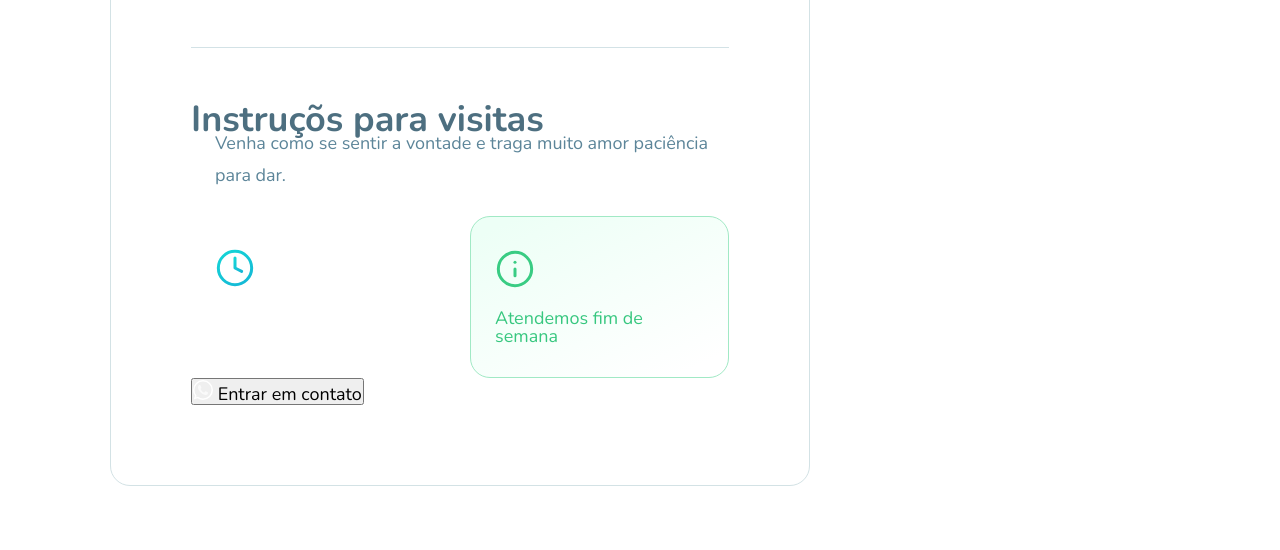
Repository: SrtaPoe/nlw
Page: orphanage.html
An editor plug-in stored every save of this project. The page is shown before and after the next save, followed by the edit.
The browser window is 1280 px wide. The pictures show the part of the page from y = 1116 to 1767 px (the page is 1666 px tall before and 1767 px after).
Some web libraries are served in a nearby version.

Above is the page before, as saved 2020-10-17 19:22:10.

### orphanage.html
<!DOCTYPE html>
<html lang="pt_BR">

<head>
  <meta charset="UTF-8" />
  <meta name="viewport" content="width=device-width, initial-scale=1.0" />
  <meta http-equiv="X-UA-Compatible" content="ie=edge" />
  <title>Localize um orfanato | Happy</title>
  <link rel="stylesheet" href="https://unpkg.com/leaflet@1.7.1/dist/leaflet.css"
    integrity="sha512-xodZBNTC5n17Xt2atTPuE1HxjVMSvLVW9ocqUKLsCC5CXdbqCmblAshOMAS6/keqq/sMZMZ19scR4PsZChSR7A=="
    crossorigin="" />
  <!-- Make sure you put this AFTER Leaflet's CSS -->
  <script src="https://unpkg.com/leaflet@1.7.1/dist/leaflet.js"
    integrity="sha512-XQoYMqMTK8LvdxXYG3nZ448hOEQiglfqkJs1NOQV44cWnUrBc8PkAOcXy20w0vlaXaVUearIOBhiXZ5V3ynxwA=="
    crossorigin=""></script>
  <link rel="icon" href="./public/images/logo-icon.png" />
  <link rel="stylesheet" href="/public/css/main.css" />
  <link rel="stylesheet" href="/public/css/page-orphanage.css">
  <link rel="stylesheet" href="/public/css/animation.css">
  <link href="https://fonts.googleapis.com/css2?family=Nunito:wght@400;600;700;800&display=swap" rel="stylesheet">
</head>

<body>
  <div id="page-orphanage">
    <aside class="animate-right sidebar">

      <img src="./public/images/map-marker.svg" alt="Happy">
      <footer>
        <button onclick="history.back()">
          <img src="./public/images/arrow-back.svg" alt="voltar">
        </button>
      </footer>


      </aside>
      <main class="animate-appear with-sidebar">
        <div class="orphanage-details">
          <img src="./public/images/home.jpg" alt="Lar das Meninas">

          <div class="images">
            <button class="active" type="button">
              <img src="./public/images/home.jpg" alt="Lar das Meninas">
            </button>


            <button type="button">
              <img src="./public/images/home.jpg" alt="Lar das Meninas">
            </button>

            <button type="button">
              <img src="./public/images/home.jpg" alt="Lar das Meninas">
            </button>


            <button type="button">
              <img src="./public/images/home.jpg" alt="Lar das Meninas">
            </button>

            <button type="button">
              <img src="./public/images/home.jpg" alt="Lar das Meninas">
            </button>

            <button type="button">
              <img src="./public/images/home.jpg" alt="Lar das Meninas">
            </button>


          </div>

          <div class="orphanage-details-content">
            <h1>Lar das meninas</h1>

            <p>
              Presta assistência a crianças de 06 a 15 anos que se encontre em situação de risco e/ou vulnerailidade
              social.
            </p>

            <div class="map-container">
              <div id="mapid"></div>
              <footer>
                <a href="">Ver rotas no Google Maps</a>
              </footer>
            </div>


            <hr>

            <h2>Instruçõs para visitas</h2>

            <p>Venha como se sentir a vontade e traga muito amor  paciência para dar.</p>

            <div class="open-details">
              <div class="hour">
                <img src="./public/images/clock.svg" alt="horários">
                Horário de visita das 18h até 8h
              </div>
              <div class="open-on-weekends">
                <img src="./public/images/info.svg" alt="informação">
                Atendemos fim de semana
              </div>

          </div>

          <button class="primary-button type="button>
            <img src="./public/images/whatsapp.svg" alt="chamar no whatsapp">
            Entrar em contato
          </button>



          </div>



        </div>
      </main>




  </div>
  <script src="./public/scripts/page-orphanage.js"></script>
</body>

</html>

### public/css/main.css
*{
    margin: 0;
    padding:0;
    box-sizing: border-box;
}

body {
    height:100vh;
    color: white;
    background: : #ebf2f5;
}

:root{
    font-size: 62.5%;
}

body, input, button, textarea {
    font-weight: 400;
    line-height: 1;
    font-size: 1.8rem;
    font-family: 'Nunito', sans-serif;
}

### public/css/page-orphanage.css
#page-orphanage {
    display: flex;
    min-height: 100vh;
}

aside.sidebar {
    position: fixed;
    height: 100%;
    padding: 3.2rem 2.4rem;
    background: #15C3D6;
    display: flex;
    flex-direction: column;
    justify-content:space-between;
    align-items: center;
}

aside.sidebar footer button {
    width: 48px;
    height: 48px;
    border: none;
    background: #12afcb;
    border-radius: 1.6rem;
    cursor: pointer;
    display: flex;
    align-items: center;
    justify-content:center;
    transition: background-color 0.2s;
}

aside.sidebar footer button:hover {
    background: #17d6eb;
}

.with-sidebar {
    padding-left: 110px;
}

.orphanage-details {
    width: 70rem;
    margin: 6.4rem auto;
    background: white;
    border: 1px solid #d3e2e5;
    border-radius: 2rem;
    overflow: hidden;
}

.orphanage-details > img {
    width: 100%;
    height: 30rem;
    object-fit: cover;
}

.images {
    display: grid;
    grid-template-columns: repeat(6, 1fr);
    column-gap: 1.6rem;
    margin: 16px 40px;
}

.images button {
    border: 0;
    background: none;
    height:8.8rem;
    cursor: pointer;
    border-radius: 2rem;
    overflow: hidden;
    opacity: 0.6;
    transition: opacity 0.2s;
}

.images button:hover,
.images button.active {
    opacity: 1;
}



.images button img {
    width: 100%;
    height:8.8rem;
    object-fit: cover;
}

.orphanage-details-content {
    padding:8rem;
}

.orphanage-details-content h1 {
    color: #4D6F80;
    font-size: 5.rem;
    line-height:1.5;
    margin-bottom: 0.8rem;
}

.orphanage-details-content p {
    line-height: 1.8;
    color: #5c8599;
    margin-left: 2.4rem;
}

.map-container {
    margin-top: 6.4rem;
    background: #e6f7fb;
    border: 1px solid #b3dae2;
    border-radius: 2rem;
}

#mapid {
    width: 100%;
    height: 28rem;
}

.map-container  footer {
    padding: 2rem 0;
    text-align: center;
}

.map-container footer a {
    color: #0089a5;
    text-decoration: none;
}

.map-container .leaflet-container {
    border-bottom: 1px solid #dde3f0;
    border-radius: 2rem;
}

.orphanage-details-content hr {
    width: 100%;
    height: 1px;
    border: 0;
    background: #d3e2e6;
    margin: 6.4rem 0;
}

.orphanage-details-content h2 {
    font-size: 3.6rem;
    line-height: 1.5rem;
    color: #4d6f80;
}

.open-details {
    margin-top: 2.4rem;
    display: grid;
    grid-template-columns: 1fr 1fr;
    column-gap: 2rem;
}

.open-details div {
    padding: 3.2rem 2.4rem;
}

.open-details img {
    display: block;
    margin-bottom: 2rem;
}

.open-details hour {
    background: linear-gradient(149.97deg, #E6F7FB 8.13%, #FFFFFF 92.67%)
    border: 1px solid #B3DAE2;
    border-radius: 20px;
    color: #5c8599;
}

.open-details .open-on-weekends {
    background: linear-gradient(154.16deg, #edfff6 7.85%, #FFFFFF 91.03%);
    border: 1px solid #a1e9c5;
    border-radius: 20px;
    color: #37c77f;
}

### public/css/animation.css
@keyframes up {
    from {
    opacity: 0;
    transform: translateY(16px);
    }
    to {
        opacity: 1;
        transform: translateY(0);
    }
}

@keyframes right {
    from {
        transform: translateX(-100%);
    }
    to {
        transform: translateX(0)
    }
}
@keyframes appear {
    from {
        opacity: 0;
    }
    to {
        opacity:1;
    }
}

.animate-up {
    animation-name: up;
    animation-duration: 300ms;
    animation-fill-mode: backwards;
}

.animate-right {
    animation-name: right;
    animation-duration: 300ms;
}

.animat-appear {
    animation-name: appear;
    animation-duration: 300ms;
    animation-fill-mode: backwards;
}

### public/scripts/page-orphanage.js
const options = {
    dragging: false,
    touchZoom: false,
    doubleClickZoom: false,
    scrollWheeZoom: false,
    zoomControl: false
}

const map = L.map('mapid', options).setView([-2.5387188,-44.2672987], 15);

L.tileLayer('https://{s}.tile.openstreetmap.org/{z}/{x}/{y}.png').addTo(map);


//criando ícone //
const icon = L.icon({
    iconUrl:"/../public/images/map-marker.svg",
    iconSize: [58, 68],
    iconAnchor: [29, 68],
    popupAnchor: [170, 2]
})



L.marker([-2.5387188,-44.2672987], { icon })
    .addTo(map)

After the next save:
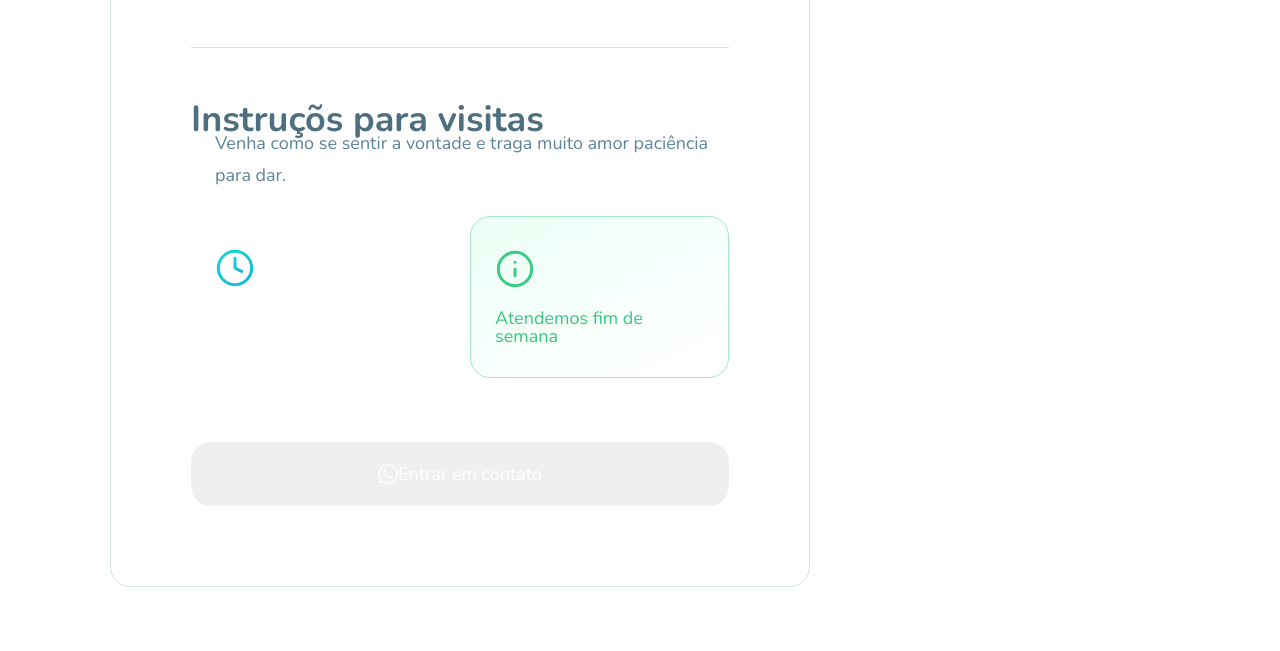
Saved 2 min 40 s later.
--- a/public/css/page-orphanage.css
+++ b/public/css/page-orphanage.css
@@ -168,3 +168,21 @@
     border-radius: 20px;
     color: #37c77f;
 }
+
+.primary-button {
+    margin-top: 6.4rem;
+    width: 100%;
+    height:6.4rem;
+    border: 0;
+    cursor: pointer;
+    border-radius:2rem;
+    color: white;
+    display: flex;
+    align-items: center;
+    justify-content:center;
+    transition: background-color.2s;
+}
+
+.primary-button:hover {
+
+}
